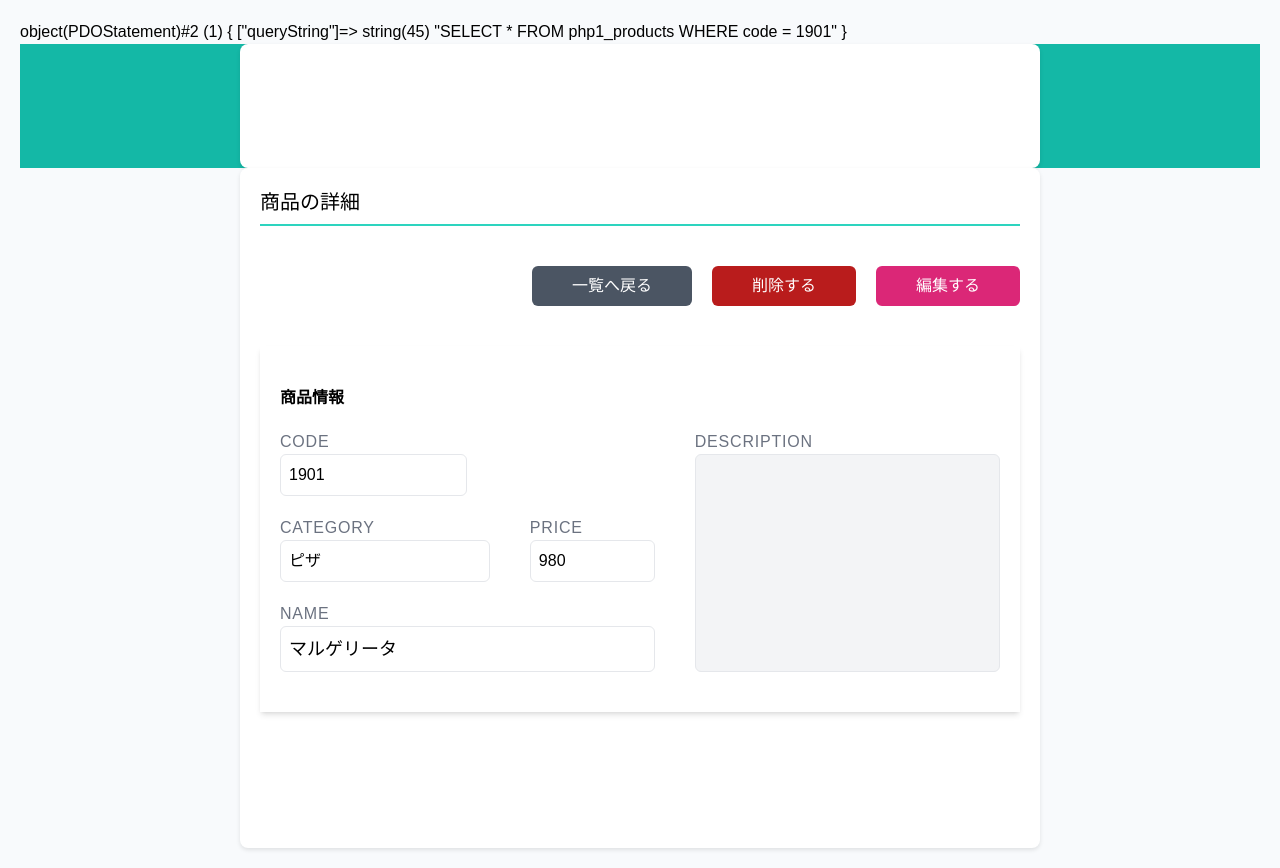
Repository: ShunKUN1182/STD_PHP
Page: http://localhost/kadai07_1.php?product_code=1901
These files come from the project's save history. The page is drawn as it stood at one moment and after a run of saves; the edit follows.
The browser window is 1280 px wide. The pictures show the whole page.
Some web libraries are served in a nearby version. The page is run by PHP 8.4 with error messages shown; the project is at /var/www/html/. The database holds what the project's SQL file puts in it.

Above is the page before, as saved 2026-07-10 14:05:45.

### kadai07_1.php
<?php
require_once __DIR__ . "/config.php";
$productCode = filter_input(INPUT_GET,"product_code");
if (!$productCode) {
  header("Location: kadai06_1.php");
}
$db = new PDO(DB_DSN,DB_USER,DB_PASS);
$products_table = TB_PRODUCTS;
$sql = "SELECT * FROM $products_table WHERE code = $productCode";
$stmt = $db-> prepare($sql);
var_dump($stmt);
$stmt->execute();
$productResult = $stmt->fetch(PDO::FETCH_ASSOC);

$categoryCode = $productResult["category_id"];

$category_table = TB_CATEGORIES;
$sql = "SELECT * FROM $category_table WHERE id = $categoryCode";
$stmt = $db-> prepare($sql);
$stmt->execute();
$categoryResult = $stmt->fetch(PDO::FETCH_ASSOC);


?>
<!DOCTYPE html>
<html lang="ja">
<head>
  <meta charset="UTF-8">
  <meta name="viewport" content="width=device-width, initial-scale=1.0">

  <!-- link -->
  <link href="asset/styles/style.css" rel="stylesheet">

  <!-- script -->
  <script src="https://cdn.tailwindcss.com"></script>
  <title>php1 - kadai07_1</title>
</head>
<body class="bg-slate-50">
<div class="wrapper box-border">

<header class="bg-teal-500">
  <div class="container mx-auto px-2 py-5">
    <h1 class="text-l text-white mb-6"><a href="#">サーバーサイドスクリプト演習１</a></h1>
    <h2 class="text-3xl text-white">データベース処理</h2>
  </div><!--/.container-->
</header>

<main>
  <div class="container w-full h-full mx-auto px-2 py-20">

    <h3 class="text-xl border-b-2 border-teal-400 pb-2 mb-10">商品の詳細</h3>

    <div class="flex flex-col sm:flex-row justify-end mb-10">
      <a href="kadai06_1.php" class="text-white text-center leading-10 bg-gray-600 px-10 hover:bg-gray-500 rounded-md">一覧へ戻る</a>
      <a href="#" class="text-white text-center leading-10 bg-red-700 px-10 px-10 mx-5 hover:bg-red-600 rounded-md">削除する</a>
      <!--kadai10_1-->
      <!--
        <form action="" method="" class="w-full sm:w-fit">
        <input type="hidden" name="_method" value="DELETE">
        <input type="hidden" name="product_no" value="">
        <button type="submit" class="w-full sm:w-fit text-white text-center leading-10 bg-red-700 px-10 px-10 mx-0 sm:mx-5 my-2 sm:my-0 hover:bg-red-600 rounded-md">削除する</button>
      </form>
      -->
      <!--/kadai09_1-->
      <a href="#" class="text-white text-center leading-10 bg-pink-600 px-10 hover:bg-pink-500 rounded-md">編集する</a>
    </div>


    <div class="product-wrap px-5 py-10 shadow-md">
      <h4 class="font-bold mb-5">商品情報</h4>
      <div class="flex flex-col md:flex-row">
        <div class="flex-grow mr-0 md:mr-10 mb-5 md:mb-0">
          <div class="mb-5">
            <div class="w-6/12">
              <p class="text-gray-500 text-left uppercase tracking-wider">code</p>
              <p class="px-2 py-2 border rounded-md"><?= $productResult["code"] ?></p>
            </div>
          </div>

          <div class="flex justify-between mb-5">
            <div class="flex-grow mr-10">
              <p class="text-gray-500 text-left uppercase tracking-wider">category</p>
              <p class="bg-white px-2 py-2 border  rounded-md"><?= $categoryResult["name"] ?></p>
            </div>
            <div class="w-4/12">
              <p class="text-gray-500 text-left uppercase tracking-wider">price</p>
              <p class="bg-white px-2 py-2 border  rounded-md"><?= $productResult["price"] ?></p>
            </div>
          </div>

          <div>
            <p class="text-gray-500 text-left uppercase tracking-wider">name</p>
            <p class="bg-white text-lg px-2 py-2 border  rounded-md"><?= $productResult["name"] ?></p>
          </div>
        </div>

        <div class="flex flex-col items-stretch flex-grow">
          <p class="text-gray-500 text-left uppercase tracking-wider">description</p>
          <p class="flex-grow h-32 md:h-max text-lg px-2 bg-gray-100 py-2 border rounded-md"></p>
        </div>
      </div>

    </div><!--/.product-wrap-->

      <!-- エラーメッセージ -->
      <!-- <p class="text-xl">エラーメッセーの表示</p> -->


  </div><!--/.container-->
</main>

</div><!--/.wrapper-->
</body>
</html>

### config.php
<?php
// 定数などのサイトの設定を定義する

const SITE_NAME = "サーバーサイド1";

define("DOC_ROOT" , __DIR__);

const WEB_ROOT = "https://10.202.10.3/ecc/sfukusima/php1/";

//DB関連
const DB_DRIVER = "mysql";
const DB_HOST = "localhost";
const DB_NAME = "sfukusima";
const DB_USER = "sfukusima";
const DB_PASS = "eccMyAdmin";
const DB_CHAR = "utf8mb4";
const DB_DSN = DB_DRIVER.":host=".DB_HOST.";dbname=".DB_NAME.";charset=".DB_CHAR;

//テーブル関係
const TB_ZIP = "php1_zip";
const TB_PRODUCTS = "php1_products";
const TB_CATEGORIES = "php1_categories";
?>

### css/style.css
* {
    box-sizing: border-box;
}

body {
    background: #f4f4f4;
    font-family: sans-serif;
    padding: 20px;
}

.container {
    background: #fff;
    border-radius: 8px;
    box-shadow: 0 2px 4px rgba(0, 0, 0, 0.1);
    margin: 0 auto;
    max-width: 800px;
    padding: 20px;
}

.product-grid {
    display: flex;
    gap: 20px;
    margin-bottom: 30px;
}

.product {
    border-radius: 4px;
    border: 1px solid #ddd;
    flex: 1;
    padding: 15px;
    text-align: center;
}

.product h3 {
    margin: 0 0 10px;
}

button {
    background: #28a745;
    border-radius: 4px;
    border: none;
    color: white;
    cursor: pointer;
    padding: 8px 16px;
}

.cart-table {
    border-collapse: collapse;
    margin-bottom: 20px;
    width: 100%;
}

colgroup col:nth-of-type(1) {
    width: 300px;
}

.cart-table th,
.cart-table td {
    border: 1px solid #eee;
    padding: 10px;
    text-align: left;
}

.cart-table th {
    background: #fafafa;
}

tfoot th {
    text-align: right;
}

.btn-clear {
    background: #dc3545;
}

### database/Categories.sql (the tables this page reads)
CREATE TABLE  php1_categories(
    `id`   INT UNSIGNED AUTO_INCREMENT PRIMARY KEY,    
    `name` VARCHAR(64)  NOT NULL                       
);

INSERT INTO php1_categories( `name` ) VALUES 
    ( 'ピザ' ),
    ( 'ドリンク' ),
    ( 'デザート' );

### database/Products.sql (the tables this page reads)
CREATE TABLE  php1_products(
    `code`        VARCHAR(4)    PRIMARY KEY,    
    `name`        VARCHAR(64)   NOT NULL,       
    `price`       INT UNSIGNED,                 
    `category_id` INT UNSIGNED  NOT NULL        
);

INSERT INTO php1_products( `code`, `name`, `price`, `category_id` ) VALUES 
    ( "1901", "マルゲリータ", 980, 1 ),
    ( "1902", "アメリカン", 720, 1 ),
    ( "1903", "ジェノベーゼ", 1340, 1 ),
    ( "2901", "コーラ", 200, 2 ),
    ( "2902", "スプライト", 200, 2 ),
    ( "2903", "スーパードライ", 300, 2 ),
    ( "3901", "バニラシェイク", 590, 3 ),
    ( "3902", "ストロベリーシェイク", 590, 3 ),
    ( "3903", "プチパンケーキ", 460, 3 );

After the next 2 saves:
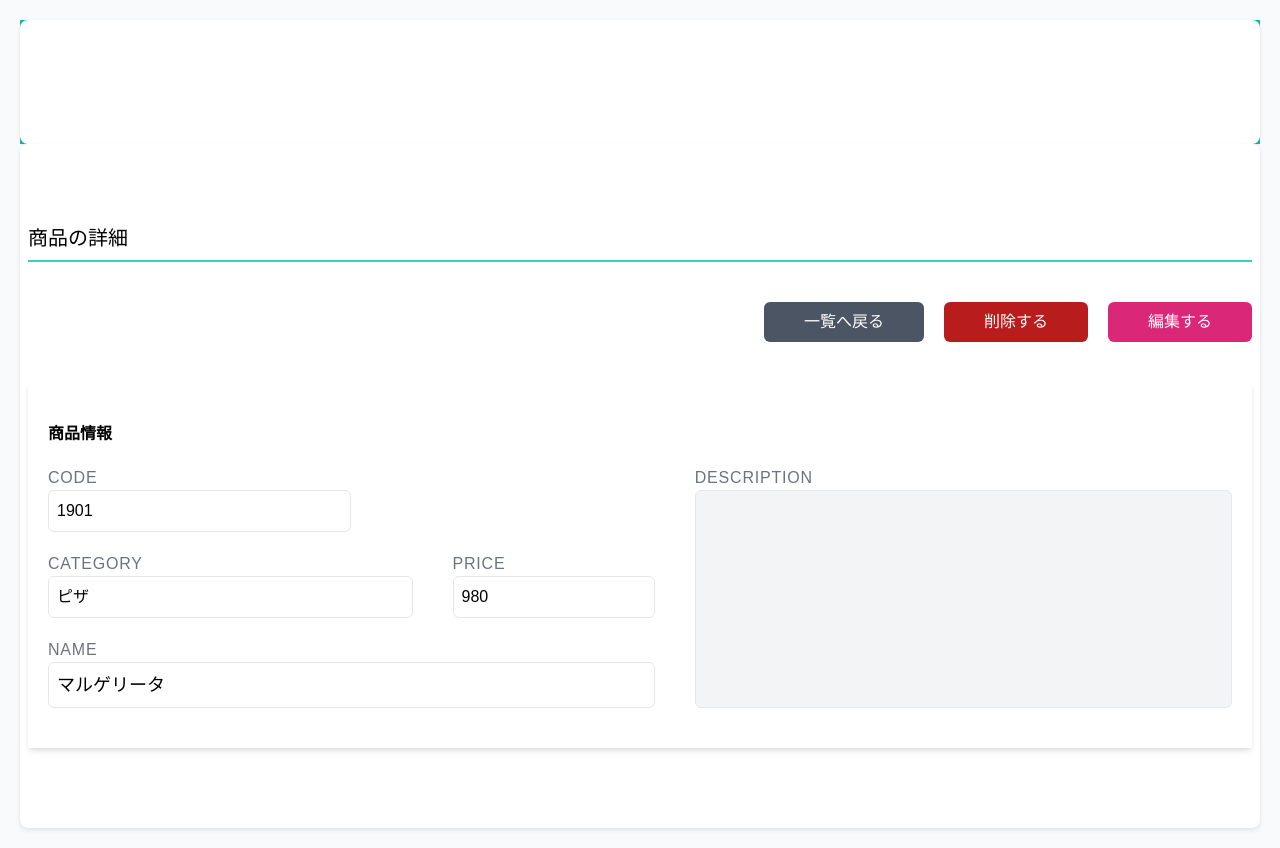
The 2 saves are shown as one change because they came seconds apart.
The last was saved 29 s later.
--- a/kadai07_1.php
+++ b/kadai07_1.php
@@ -8,7 +8,6 @@ $db = new PDO(DB_DSN,DB_USER,DB_PASS);
 $products_table = TB_PRODUCTS;
 $sql = "SELECT * FROM $products_table WHERE code = $productCode";
 $stmt = $db-> prepare($sql);
-var_dump($stmt);
 $stmt->execute();
 $productResult = $stmt->fetch(PDO::FETCH_ASSOC);
 
